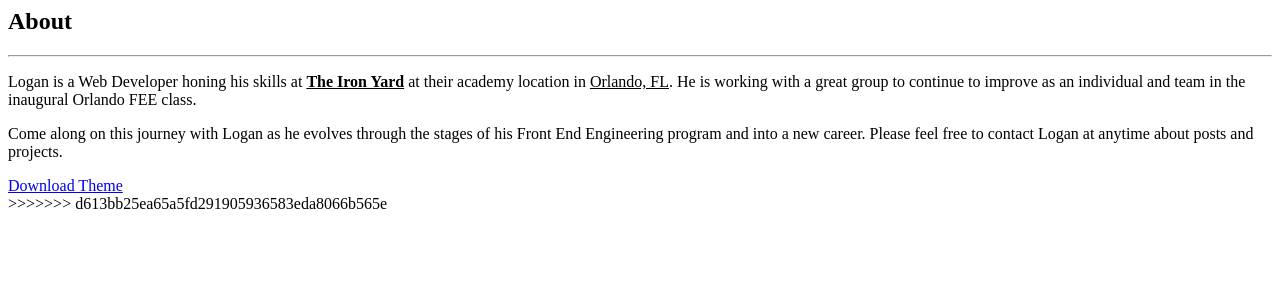
Repository: LoganArnett/LoganArnett.github.io
Page: _includes/about.html
The author's editor kept a record of every edit. The page is drawn from the files as they stood at one moment, then again after the next edit.
The browser window is 1280 px wide. The pictures show the whole page.

Above is the page before.

### _includes/about.html
 <!-- About Section -->
    <section class="success" id="about">
        <div class="container">
            <div class="row">
                <div class="col-lg-12 text-center">
                    <h2>About</h2>
                    <hr class="star-light">
                </div>
            </div>
            <div class="row">
                <div class="col-lg-4 col-lg-offset-2">
                    <p>Logan is a Web Developer honing his skills at <a href="http://theironyard.com/" style="color: #000;"><strong>The Iron Yard</strong></a> at their academy location in <a href="http://theironyard.com/locations/orlando/" style="color: #000;">Orlando, FL</a>. He is working with a great group to continue to improve as an individual and team in the inaugural Orlando FEE class.</p>
                </div>
                <div class="col-lg-4">
                    <p>Come along on this journey with Logan as he evolves through the stages of his Front End Engineering program and into a new career. Please feel free to contact Logan at anytime about posts and projects.</p>
                </div>
                <div class="col-lg-8 col-lg-offset-2 text-center">
                    <a href="#" class="btn btn-lg btn-outline">
                        <i class="fa fa-download"></i> Download Theme
                    </a>
                </div>
            </div>
        </div>
    </section>
    </section>
    </section>
>>>>>>> d613bb25ea65a5fd291905936583eda8066b565e

After the next edit:
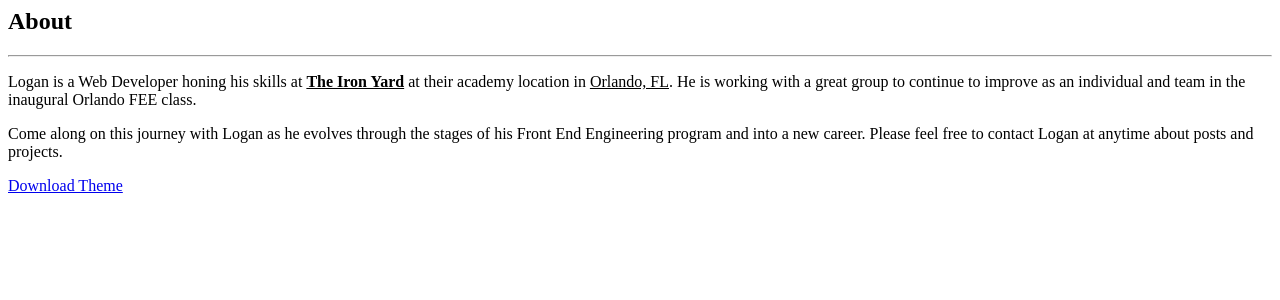
The edit:
--- a/_includes/about.html
+++ b/_includes/about.html
@@ -24,4 +24,3 @@
     </section>
     </section>
     </section>
->>>>>>> d613bb25ea65a5fd291905936583eda8066b565e
